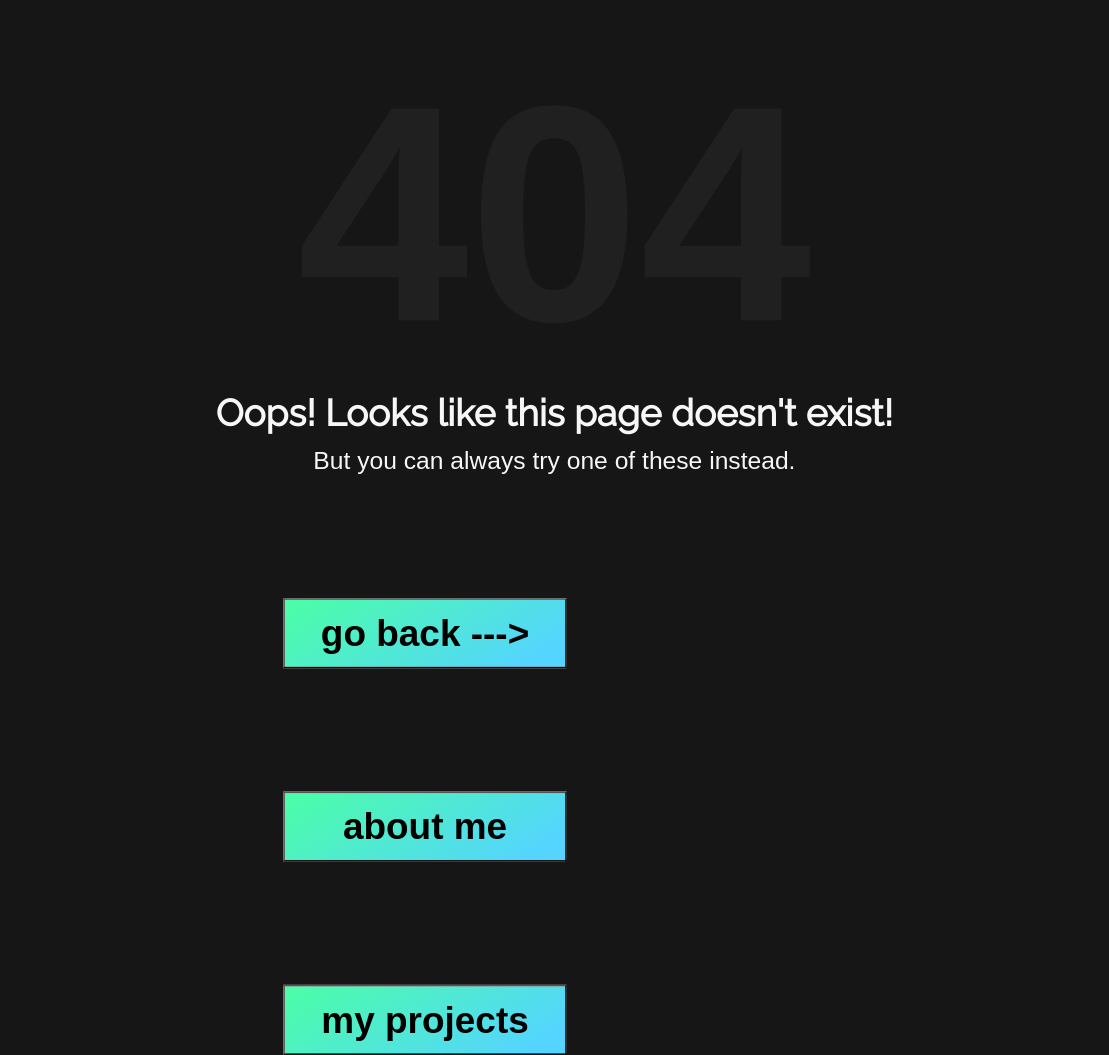
Repository: TeeJaysDev/Portfolio
Page: 404.html
The author's editor kept a copy of each file at every save. The page is drawn from the files as they stood at one save, then again after the next save.
The browser window is 1440 px wide. The pictures show the whole page, at 77% of full size.

Above is the page before, as saved 2021-08-27 11:05:22.

After the next save:
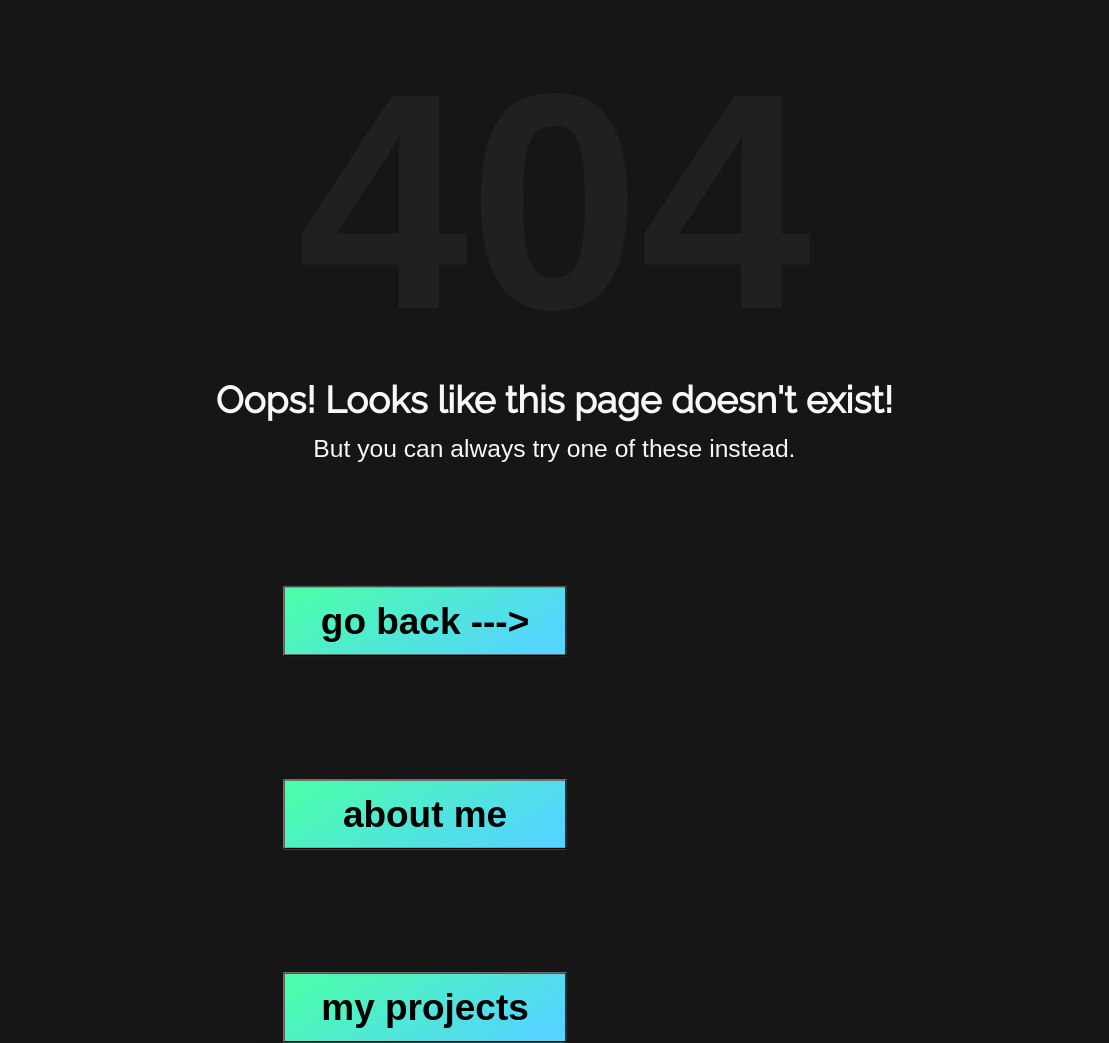
Saved 4 s later.
--- a/404.css
+++ b/404.css
@@ -82,7 +82,7 @@ and (min-width: 1440px) {
         color: #202020;
         font-size: 25rem;
         z-index: 0;
-        margin-top: 3rem;
+        margin-top: 2rem;
     }
 
     button a {
